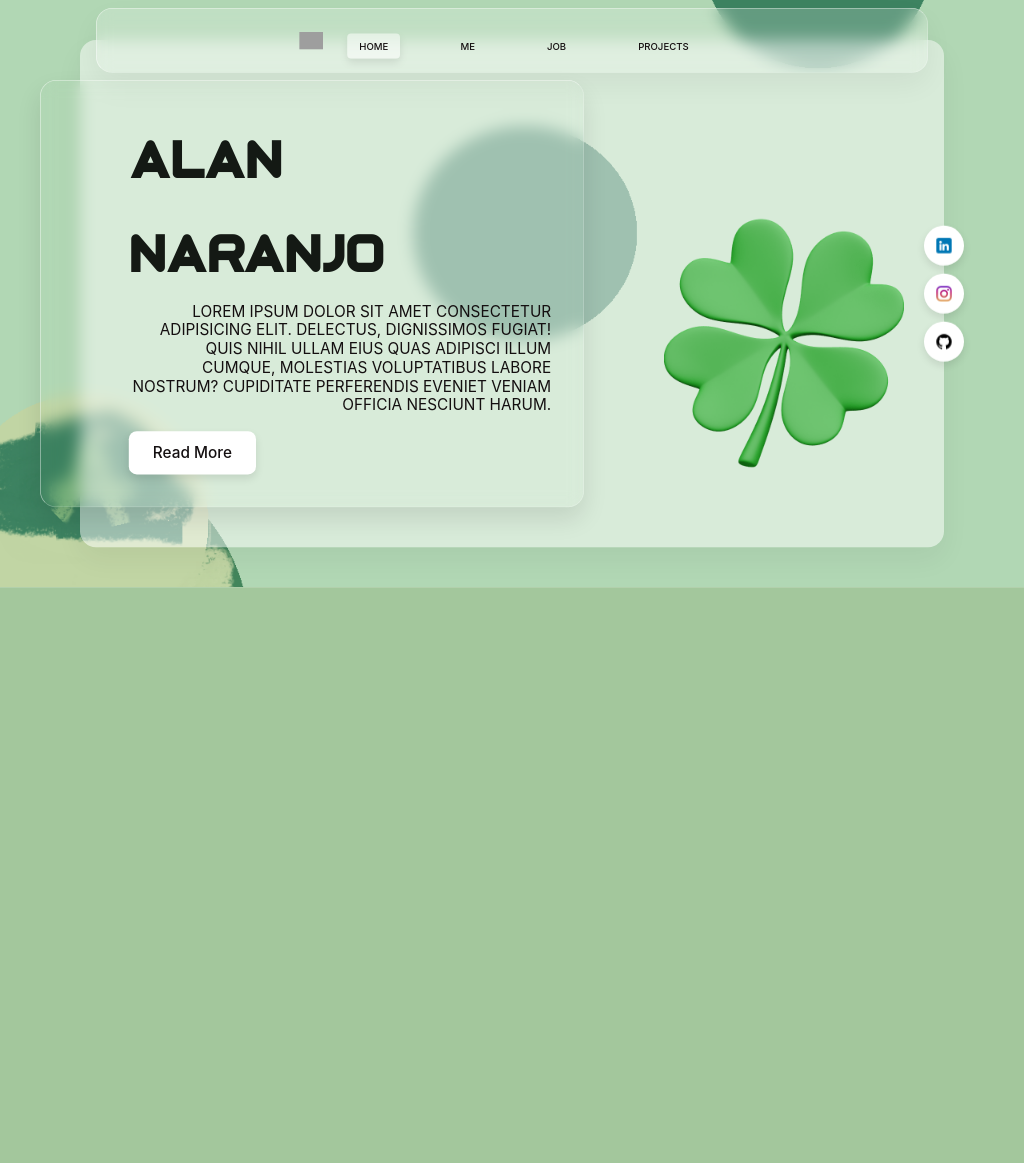
Repository: L-A-M-J-O/Me-sitio-Web
Page: / (app in my-project/)
The author's editor kept a copy of each file at every save. The page is drawn from the files as they stood at one save, then again after the next save.
The browser window is 1280 px wide. The pictures show the whole page, at 80% of full size.
Pictures or frames that could not be fetched are drawn as grey boxes. Backgrounds fixed to the window are drawn as part of the page. The project was rebuilt for these pictures with package versions that can differ from the ones it lists, and the page was loaded fresh each time.

Above is the page before, as saved 2022-09-19 16:55:02.

After the next save:
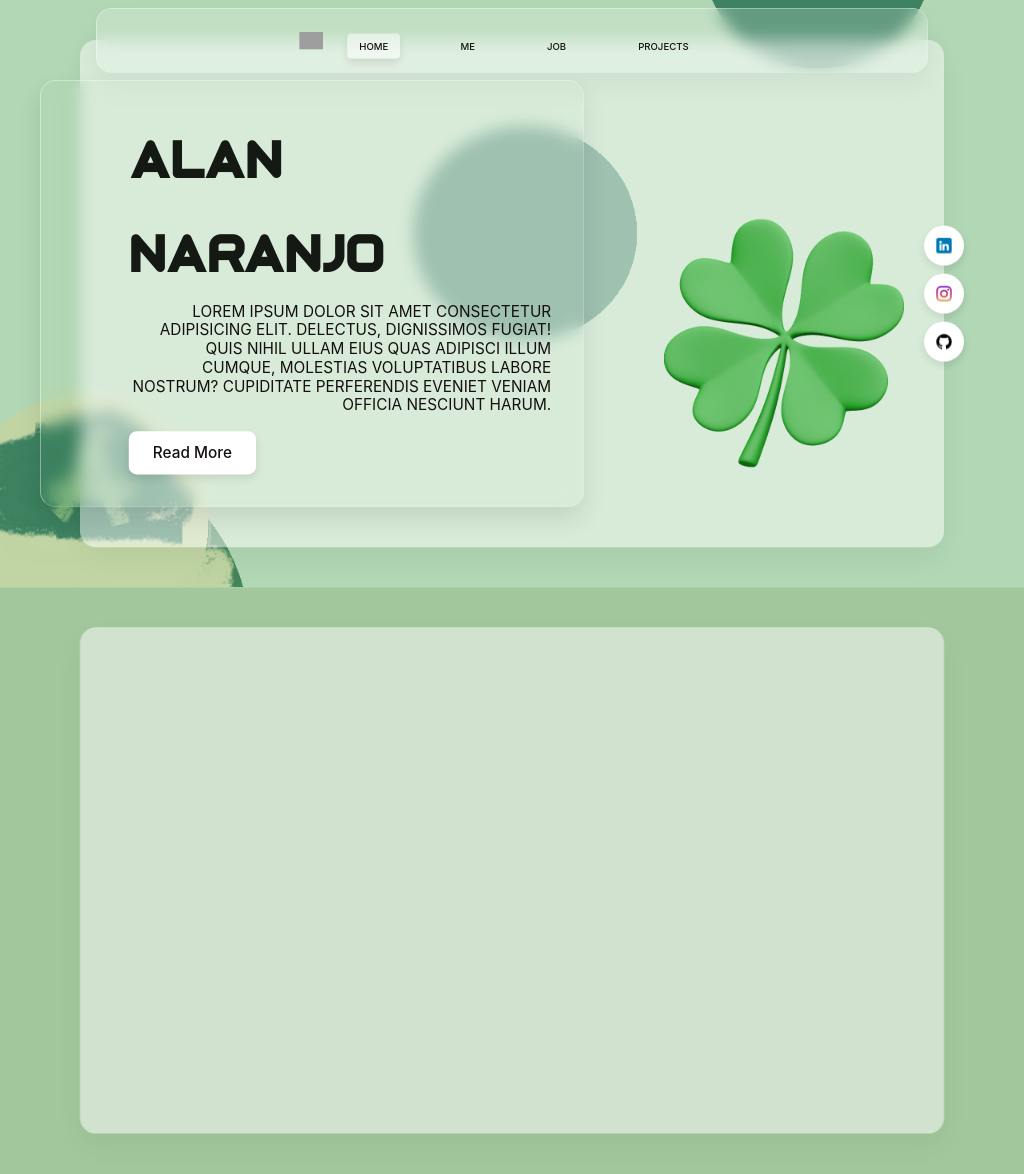
Saved 28 s later.
--- a/my-project/src/components/Me/Me.css
+++ b/my-project/src/components/Me/Me.css
@@ -8,3 +8,15 @@
     background-attachment: fixed;
     padding: 50px;
 }
+.container-m-me {
+    position: relative;
+    width: calc(100% - 100px);
+    height: 88vh;
+    background-color: rgba(255, 255, 255, 0.5);
+    box-shadow:  0 15px 35px rgba(0, 0, 0, 0.05);
+    border-radius: 20px;
+    display: flex;
+    justify-content: space-between;
+    align-items: center;
+    padding: 50px;
+}
